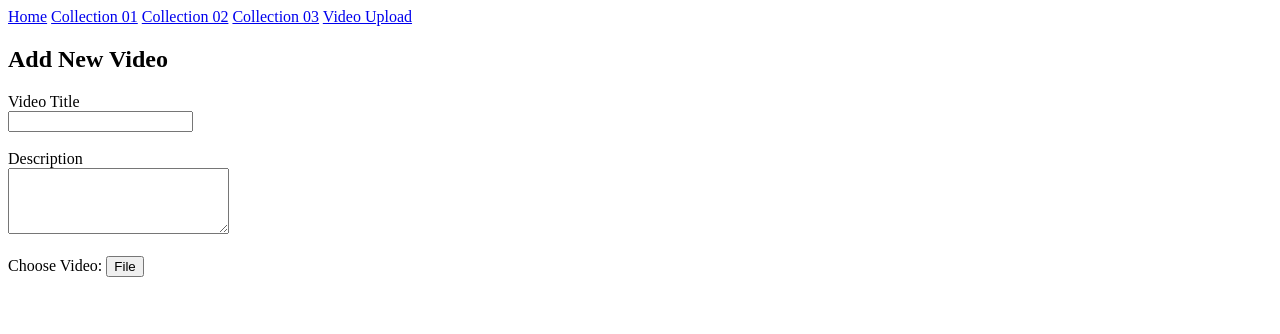
Repository: JoaoLemesDEV/Project-MyTube
Page: video_upload_page.html
These files come from the project's save history. The page is drawn as it stood at one moment and after a run of saves; the edit follows.
The browser window is 1280 px wide. The pictures show the whole page.

Above is the page before, as saved 2021-10-10 21:25:14.

### video_upload_page.html
<!DOCTYPE html>
<html lang="en">
<head>
  <meta charset="UTF-8">
  <meta http-equiv="X-UA-Compatible" content="IE=edge">
  <meta name="viewport" content="width=device-width, initial-scale=1.0">
  <title>My Ytube Website</title>
</head>
<body>
  <nav>
    <a href="/">Home</a>
    <a href="/collection1.html">Collection 01</a>
    <a href="/collection2.html">Collection 02</a>
    <a href="/collection3.html">Collection 03</a>
    <a href="/video_upload_page.html">Video Upload</a>
  </nav>
<h2>Add New Video</h2>

<label for="title">Video Title</label><br>
<input type="text" name="" id=""><br><br>
<label for="description">Description</label><br>
<textarea name="description" id="descripition" cols="25" rows="4"></textarea><br><br>
<label for="video">Choose Video:</label>
<input type="button" value="File">
</body>
<footer></footer>
</html>

After the next 3 saves:
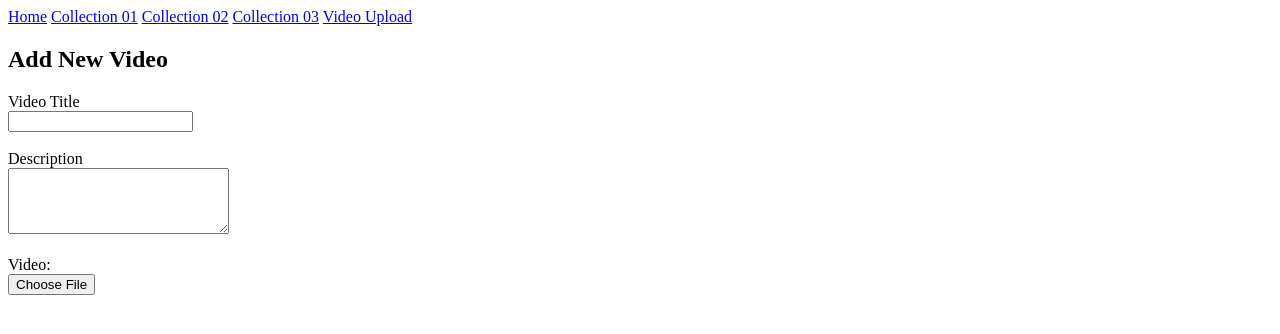
The 3 saves are shown as one change because they came seconds apart.
The last was saved 12 s later.
--- a/video_upload_page.html
+++ b/video_upload_page.html
@@ -20,8 +20,8 @@
 <input type="text" name="" id=""><br><br>
 <label for="description">Description</label><br>
 <textarea name="description" id="descripition" cols="25" rows="4"></textarea><br><br>
-<label for="video">Choose Video:</label>
-<input type="button" value="File">
+<label for="video">Video:</label><br>
+<input type="button" value="Choose File">
 </body>
 <footer></footer>
 </html>
